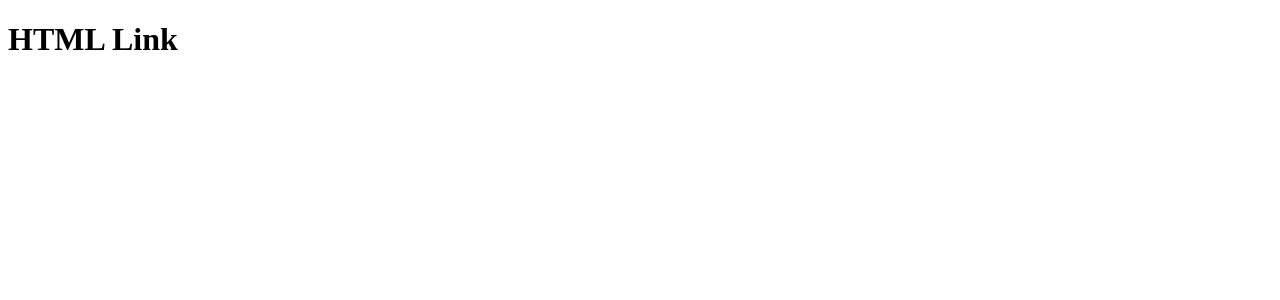
Repository: XenosJM/WEB_CODES
Page: Web01_HTML/src/main/webapp/07_link.html
These files come from the project's save history. The page is drawn as it stood at one moment and after the next save; the edit follows.
The browser window is 1280 px wide. The pictures show the whole page.

Above is the page before, as saved 2024-03-19 05:08:39.

After the next save:
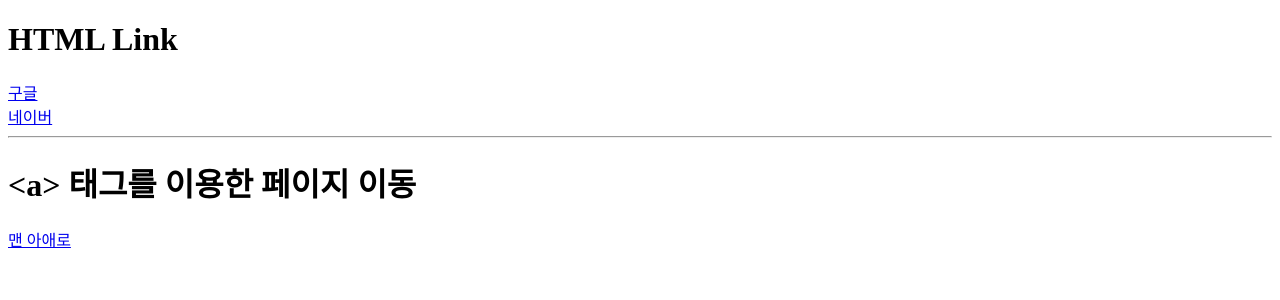
Saved 3 min 36 s later.
--- a/Web01_HTML/src/main/webapp/07_link.html
+++ b/Web01_HTML/src/main/webapp/07_link.html
@@ -6,5 +6,15 @@
 </head>
 <body>
 	<h1 id="top">HTML Link</h1>
+	<!-- <a> : anchor -->
+	<a href="https://www.google.com">구글</a><br>
+	<a href="https://www.naver.com" target="_blank">네이버</a>
+
+	<hr>
+
+	<h1>&lt;a&gt; 태그를 이용한 페이지 이동</h1>
+	<a href="#bottom">맨 아애로</a><br>
+
+
 </body>
 </html>
